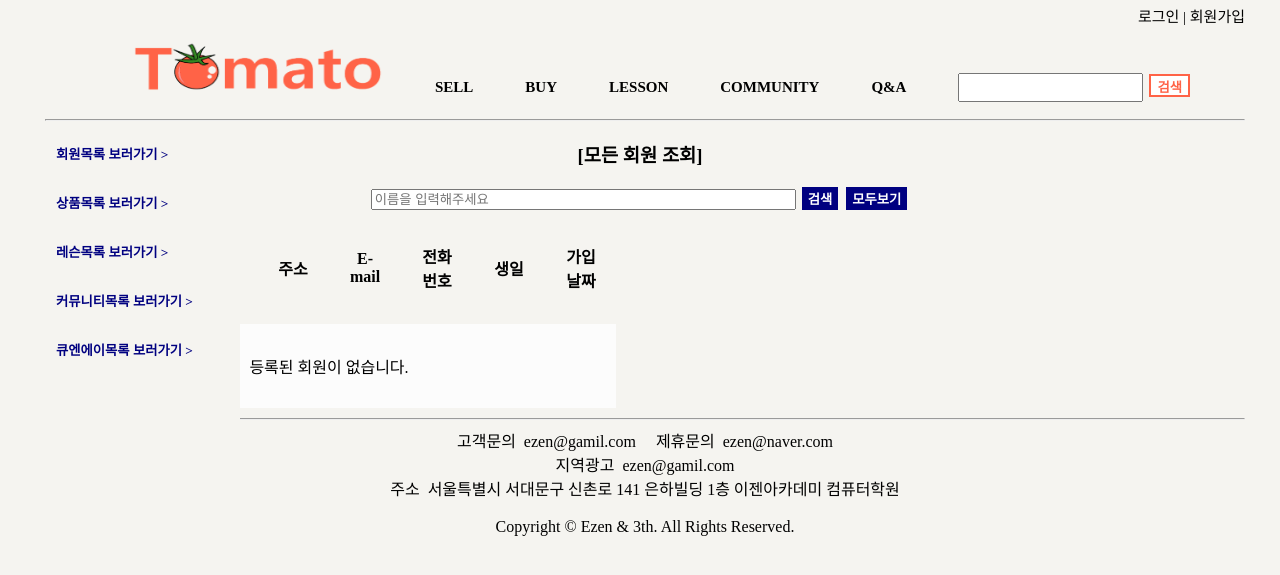
Repository: javadogfoot/semi-project
Page: http://localhost/tomato/admin/memberListAll_admin.jsp
The author's editor kept a copy of each file at every save. The page is drawn from the files as they stood at one save, then again after a run of saves.
The browser window is 1280 px wide. The pictures show the whole page.
The page is served by Tomcat 9. Other server files are loaded and not shown. Queries for data that is not in the repository find no rows.

Above is the page before, as saved 2021-10-18 16:00:19.

### semi프로젝트워크스페이스/tomato/src/main/webapp/admin/memberListAll_admin.jsp
<%@ page language="java" contentType="text/html; charset=UTF-8"
    pageEncoding="UTF-8"%>
<%request.setCharacterEncoding("utf-8"); %>
<%@ page import="java.util.*" %>
<%@ page import="tomato.member.*" %>
<jsp:useBean id="mdao" class="tomato.member.MemberDAO"></jsp:useBean>
<!DOCTYPE html>
<html>
<head>
<meta charset="UTF-8">
<title>Insert title here</title>
<link rel="stylesheet" type="text/css" href="/tomato/css/mainLayout.css">
<style>
#joinbtn1{
   background-color: navy;
   color: white;
   font-weight: bold;
   height:23px;
   border: none;
   margin:2px;
}
#joinbtn1:hover{
   background: #f5f4f0;
   color: navy;
   font-weight: bold;
   height:23px;
   border: none;
   margin:2px;
}
.sidebar {
font-size : 3px;
font-weight : bold;
height: 500px;
width: 200px;
color: #999;
background: #f5f4f0;
}
.sidebar a {
padding: 15px 16px 15px 16px;
text-decoration: none;
font-size: 10pt;
color: navy;
display: block;
border: 1px bold tomato;
}
.sidebar a:hover {
color: tomato;
}
h3{
   text-align: center;
}
li {
   list-style-type: none;
}
h4 {
   text-align: center;
   margin: 0px auto;
}
aside {
   width:200px;
   float:left;
}
form {
   text-align : center;
}
   table.table tr th, table.table tr td {
       border-color: #e9e9e9;
       padding: 30px 15px;
       width: 40px;
       text-align:center;
    }
    table.table-striped tbody tr:nth-of-type(odd) {
       background-color: #fcfcfc;
       width:100px;
   }
   table.table-striped.table-hover tbody tr:hover {
      background: #f5f5f5;
   }
   table.table td a {
      font-weight: bold;
      color: #566787;
      display: inline-block;
      text-decoration: none;
      outline: none !important;
   }
</style>
<script>
function showListAll(){
   location.href='memberListAll_admin.jsp';
}
</script>
</head>
<body>
<%@include file="/header.jsp" %>
<aside>
<div class="sidebar" style="position:absolute;">
<div><a href="memberList_admin.jsp">회원목록 보러가기  ></a></div>
<div><a href="buyList_admin.jsp">상품목록 보러가기  ></a></div>
<div><a href="lessonList_admin.jsp">레슨목록 보러가기  ></a></div>
<div><a href="communityList_admin.jsp">커뮤니티목록 보러가기  ></a></div>
<div><a href="qnaList_admin.jsp">큐엔에이목록 보러가기  ></a></div>
</div>
</aside>
<section>
      <h3>[모든 회원 조회]</h3>
</section>
<section>
   <form name="keywordFind" method="post">
      <input type="text" name="keyword" placeholder="이름을 입력해주세요" size="50">
      <input type="submit" value="검색" id="joinbtn1" >
      <input type="button" name="listAll" value="모두보기" id="joinbtn1" onclick="showListAll()">
   </form>
</section>
<section>
      <%
      if(request.getMethod().equals("GET")){
         %>
</section>
            <table class="table table-striped table-hover">
                <thead>
                    <tr>
                        <th>회원번호</th>
                        <th>아이디</th>
                        <th>이름</th>
                        <th>주소</th>
                        <th>E-mail</th>
                        <th>전화번호</th>
                        <th>생일</th>
                        <th>가입날짜</th>
                    </tr>
                </thead>
            <tbody>
            <%
            ArrayList<MemberDTO> arr=mdao.MemberListAll();
            if(arr==null||arr.size()==0){
               %>
               <tr>
                  <td colspan="8" align="center">
                  등록된 회원이 없습니다.
                  </td>
               </tr>
               <%
            }else {
               for(int i=0;i<arr.size();i++){
                  %>
                  <tr>
                     <td><%=arr.get(i).getM_idx()%></td>
                     <td><%=arr.get(i).getM_id() %></td>
                     <td><%=arr.get(i).getM_name() %></td>
                     <td><%=arr.get(i).getM_addr() %></td>
                     <td><%=arr.get(i).getM_email() %></td>
                     <td><%=arr.get(i).getM_tel() %></td>
                     <td><%=arr.get(i).getM_birth() %></td>
                     <td><%=arr.get(i).getM_joindate() %></td>
                  </tr>
                  <%
               }
            }
            %>
            </tbody>
            </table>
         <%
      }else {
         %>
         <jsp:include page="memberKeywordFind_ok.jsp"></jsp:include>
         <%
      }
      %>

<%@include file="/footer.jsp" %>
</body>
</html>

### semi프로젝트워크스페이스/tomato/src/main/webapp/header.jsp
<%@ page language="java" contentType="text/html; charset=UTF-8"
    pageEncoding="UTF-8"%>
<!DOCTYPE html>
<html>
<head>
<meta charset="UTF-8">
<title>Insert title here</title>
<style>

#btn1{
   background-color: white;
   color: tomato;
   font-weight: bold;
   height:23px;
   border: none;
   margin:2px;
   border: 2px solid tomato;
}
#btn1:hovertn1{
   background-color: tomato;
   color: white;
   font-weight: bold;
   height:23px;
   border: none;
   margin:2px;
   border: 2px solid tomato;
}
</style>
</head>
<body>
<header>
<%
String m_id=(String)session.getAttribute("m_id");
String m_name=(String)session.getAttribute("m_name");
if(m_id==null){
   %>
   <div>
   <a href="/tomato/member/login.jsp">로그인</a> | <a href="/tomato/member/join.jsp">회원가입</a>
   </div>
   <%
}else{
      %>
   <div>
   <%
   if(m_id.equals("admin")){
      %>
      <a href="/tomato/admin/memberList_admin.jsp"><%=m_name %>님 마이페이지</a> |
      <%
   }else{
      %>
      <a href="/tomato/member/mypage.jsp"><%=m_name %>님 마이페이지</a> |
      <%
   }
   %>
   <a href="/tomato/member/logout.jsp">로그아웃</a>
   </div>
   <%
}
%>
<nav>
<ul>
   <li><h1><a href="/tomato/index.jsp"><img src="/tomato/img/토마토_메인로고.png" alt="메인로고" height="50px" width="250px"></a></h1></li>
   <li><h2><a href="/tomato/sell/sell.jsp">SELL</a></h2></li>
   <li><h2><a href="/tomato/buy/buyList.jsp?col=s_idx&range=desc">BUY</a></h2></li>
   <li><h2><a href="/tomato/lesson/lessonList.jsp">LESSON</a></h2></li>
   <li><h2><a href="/tomato/community/community.jsp">COMMUNITY</a></h2></li>
   <li><h2><a href="/tomato/qna/qnaList.jsp">Q&A</a></h2></li>
   <li>
		<form name="headerSearch" action="/tomato/buy/headerBuySearch.jsp" style="display: inline;">
			<input type="text" name="searchValue">
			<input type="submit" value="검색" id="btn1">
		</form>
	</li>
</ul>
</nav>
<hr/>
</header>
</body>
</html>

### semi프로젝트워크스페이스/tomato/src/main/webapp/footer.jsp
<%@ page language="java" contentType="text/html; charset=UTF-8"
    pageEncoding="UTF-8"%>
<!DOCTYPE html>
<html>
<head>
<meta charset="UTF-8">
<title>Insert title here</title>
</head>
<body>
<footer>
<hr/>
<div>
고객문의&nbsp;&nbsp;ezen@gamil.com &nbsp;&nbsp;&nbsp;&nbsp;제휴문의&nbsp;&nbsp;ezen@naver.com
<br/>
지역광고&nbsp;&nbsp;ezen@gamil.com
<br/>
주소&nbsp;&nbsp;서울특별시 서대문구 신촌로 141 은하빌딩 1층 이젠아카데미 컴퓨터학원
</div>
<br/>
<div>Copyright &copy; Ezen & 3th. All Rights Reserved.</div>
</footer>
</body>
</html>

### semi프로젝트워크스페이스/tomato/src/main/java/tomato/member/MemberDAO.java
package tomato.member;

import java.sql.*;
import java.util.*;
import javax.naming.*;
import javax.sql.*;

public class MemberDAO {

	private Connection conn;
	private PreparedStatement ps;
	private ResultSet rs;

	public static final int NOT_ID=1;
	public static final int NOT_PWD=2;
	public static final int LOGIN_OK=3;
	public static final int ERROR=-1;

	public MemberDAO() {

	}
	public Boolean idCheck(String userid) {
		try {
			conn=tomato.db.TomatoDB.getConn();
			String sql="select * from tomato_member where m_id=?";
			ps=conn.prepareStatement(sql);
			ps.setString(1, userid);
			rs=ps.executeQuery();
			boolean result=rs.next();
			return result;
		}catch(Exception e) {
			e.printStackTrace();
			return false;
		}finally {
			try {
				if(rs!=null)rs.close();
				if(ps!=null)ps.close();
				if(conn!=null)conn.close();
			}catch(Exception e2) {

			}
		}
	}

	/**회원 등록 관련 메서드*/
	public int memberJoin(MemberDTO dto) {
		try {
			conn=tomato.db.TomatoDB.getConn();
			String sql="insert into tomato_member values(tomato_member_m_idx.nextval,?,?,?,?,?,?,?,?,?,?,?,sysdate,0)";
			ps=conn.prepareStatement(sql);
			ps.setString(1, dto.getM_id());
			ps.setString(2, dto.getM_pwd());
			ps.setString(3, dto.getM_name());
			ps.setString(4, dto.getM_email());
			ps.setString(5, dto.getM_addr());
			ps.setString(6, dto.getM_tel());
			ps.setString(7, dto.getM_birth());
			ps.setInt(8, dto.getM_smsok());
			ps.setInt(9, dto.getM_emailok());
			ps.setString(10, dto.getM_ask());
			ps.setString(11, dto.getM_answer());
			int count=ps.executeUpdate();
			return count;
		}catch(Exception e) {
			e.printStackTrace();
			return ERROR;
		}finally {
			try {
				if(ps!=null)ps.close();
				if(conn!=null)conn.close();
			}catch(Exception e2) {

			}
		}
	}
	 /**로그인 검증 관련 메서드*/
	  public int loginCheck(String userid, String userpwd) {
	     try {
	        conn=tomato.db.TomatoDB.getConn();
	        String sql="select m_pwd from tomato_member where m_id=?";
	        ps=conn.prepareStatement(sql);
	        ps.setString(1, userid);
	        rs=ps.executeQuery();
	        if(rs.next()) {
	           String dbpwd=rs.getString(1);
	           if(dbpwd.equals(userpwd)) {
	              return LOGIN_OK;
	           }else {
	              return NOT_PWD;
	           }
	        }else {
	           return NOT_ID;
	        }
	     } catch (Exception e) {
	        e.printStackTrace();
	        return ERROR;
	     }finally {
	        try {
	           if(rs!=null)rs.close();
	           if(ps!=null)ps.close();
	           if(conn!=null)conn.close();
	        } catch (Exception e2) {
	       }
	    }
	  }
	  public String getUserInfo(String userid) {
	      try {

	         conn=tomato.db.TomatoDB.getConn();

	         String sql="select m_name from tomato_member where m_id=?";
	         ps=conn.prepareStatement(sql);
	         ps.setString(1, userid);
	         rs=ps.executeQuery();
	         rs.next();
	         return rs.getString(1);
	      } catch (Exception e) {
	         e.printStackTrace();
	         return null;
	      }finally {
	         try {
	            if(rs!=null)rs.close();
	            if(ps!=null)ps.close();
	            if(conn!=null)conn.close();
	         } catch (Exception e2) {

	         }
	      }
	   }

   public String findIdCheck(String username, String useremail) {
      try {
	        conn=tomato.db.TomatoDB.getConn();
	        String sql="select m_id from tomato_member where m_name=? and m_email=?";
	        ps=conn.prepareStatement(sql);
	        ps.setString(1, username);
	        ps.setString(2, useremail);
	        rs=ps.executeQuery();
	        String result=null;
	        if(rs.next()) {
	        	result=rs.getString(1);
	        }
	        return result;
	     } catch (Exception e) {
	        e.printStackTrace();
	        return null;
	     }finally {
	        try {
	           if(rs!=null)rs.close();
	           if(ps!=null)ps.close();
	           if(conn!=null)conn.close();
	        } catch (Exception e2) {
	        }
	    }
	}
   public String findPwdCheck(String username, String useremail, String useranswer) {
	   try {
		   conn=tomato.db.TomatoDB.getConn();
		   String sql="select m_pwd from tomato_member where m_name=? and m_email=? and m_answer=?";
		   ps=conn.prepareStatement(sql);
		   ps.setString(1, username);
		   ps.setString(2, useremail);
		   ps.setString(3, useranswer);
		   rs=ps.executeQuery();
		   String result=null;
		   if(rs.next()) {
			   result=rs.getString(1);
		   }
		   return result;
	   }catch(Exception e) {
		   e.printStackTrace();
		   return null;
	   }finally {
		   try {
			   if(rs!=null)rs.close();
			   if(ps!=null)ps.close();
			   if(conn!=null)conn.close();
		   }catch(Exception e2) {

		   }
	   }
   }
   public int selectMidx(String userid) {
	   try {
		   conn=tomato.db.TomatoDB.getConn();
		   String sql="select m_idx from tomato_member where m_id=?";
		   ps=conn.prepareStatement(sql);
		   ps.setString(1, userid);
		   rs=ps.executeQuery();
		   int idx=0;
		   if(rs.next()) {
			   idx=rs.getInt(1);
		   }
		   return idx;
	   }catch(Exception e) {
		   return -1;
	   }finally {
		   try {
			   if(rs!=null)rs.close();
			   if(ps!=null)ps.close();
			   if(conn!=null)conn.close();
		   }catch(Exception e2) {

		   }
	   }
   }
   public String findAddr(String id) {
	   try {
		   conn=tomato.db.TomatoDB.getConn();
		   String sql="select * from tomato_member where m_id=?";
		   ps=conn.prepareStatement(sql);
		   ps.setString(1, id);
		   rs=ps.executeQuery();
		   String result=null;
		   if(rs.next()) {
			   result=rs.getString("m_addr");
		   }
		   return result;
	   }catch(Exception e) {
		   e.printStackTrace();
		   return null;
	   }finally {
		   try {
			   if(rs!=null)rs.close();
			   if(ps!=null)ps.close();
			   if(conn!=null)ps.close();
		   }catch(Exception e2) {

		   }
	   }
   }
   /**회원검색 관련 메서드*/
   public ArrayList<MemberDTO> keywordFind(String fkey){
      try {

         conn=tomato.db.TomatoDB.getConn();
         String sql="select  m_idx,m_id,m_name,m_email,m_addr,m_tel,m_birth,m_joindate from tomato_member where m_name=?";
         ps=conn.prepareStatement(sql);
         ps.setString(1, fkey);
         rs=ps.executeQuery();

         ArrayList<MemberDTO> arr=new ArrayList<MemberDTO>();

            while(rs.next()){
            int m_idx=rs.getInt("m_idx");
            String m_id=rs.getString("m_id");
            String m_name=rs.getString("m_name");
            String m_email=rs.getString("m_email");
            String m_addr=rs.getString("m_addr");
            String m_tel=rs.getString("m_tel");
            String m_birth=rs.getString("m_birth");
            java.sql.Date m_joindate=rs.getDate("m_joindate");

           MemberDTO dtos= new MemberDTO(m_idx, m_id, m_name, m_email, m_addr, m_tel, m_birth, m_joindate);
           arr.add(dtos);
               }

         return arr;
      }catch(Exception e) {
         e.printStackTrace();
         return null;
      }finally {
         try {
            if(rs!=null)rs.close();
            if(ps!=null)ps.close();
            if(conn!=null)conn.close();
         }catch(Exception e2) {}
      }
   }

   /**모든 회원 내역 관련 메서드*/
   public ArrayList<MemberDTO> MemberListAll(){
      try{

         conn=tomato.db.TomatoDB.getConn();
         String sql="select m_idx,m_id,m_name,m_email,m_addr,m_tel,m_birth,m_joindate from tomato_member order by m_idx desc";
         ps=conn.prepareStatement(sql);
         rs=ps.executeQuery();
         ArrayList<MemberDTO> arr=new ArrayList<MemberDTO>();
         while(rs.next()){
            int m_idx=rs.getInt("m_idx");
            String m_id=rs.getString("m_id");
            String m_name=rs.getString("m_name");
            String m_email=rs.getString("m_email");
            String m_addr=rs.getString("m_addr");
            String m_tel=rs.getString("m_tel");
            String m_birth=rs.getString("m_birth");
            java.sql.Date m_joindate=rs.getDate("m_joindate");

            MemberDTO dto= new MemberDTO(m_idx, m_id, m_name, m_email, m_addr, m_tel, m_birth, m_joindate);
            arr.add(dto);
         }
               return arr;
      }catch(Exception e) {
      e.printStackTrace();
      return null;
      }finally {
         try {
            if(rs!=null)rs.close();
            if(ps!=null)ps.close();
            if(conn!=null)conn.close();
         }catch(Exception e2) {}
      }
   }

      /**회원정보 조회 관련 메서드*/
      public MemberDTO memberView(String sessionID ){
         try {

         conn=tomato.db.TomatoDB.getConn();

         String sql="select * from tomato_member where m_id=? ";
         ps=conn.prepareStatement(sql);
      ps.setString(1,sessionID );

      rs=ps.executeQuery();

      MemberDTO dto=null;

      while(rs.next()){
            int m_idx=rs.getInt("m_idx");
            String m_id=rs.getString("m_id");
            String m_name=rs.getString("m_name");
            String m_email=rs.getString("m_email");
            String m_addr=rs.getString("m_addr");
            String m_tel=rs.getString("m_tel");
            String m_birth=rs.getString("m_birth");
            java.sql.Date m_joindate=rs.getDate("m_joindate");

            dto= new MemberDTO(m_idx, m_id, m_name, m_email, m_addr, m_tel, m_birth, m_joindate);
               }
            return dto;

      } catch (Exception e) {
         e.printStackTrace();
         return null;
      }finally {
         try {
            if(rs!=null)rs.close();
            if(ps!=null)ps.close();
            if(conn!=null)conn.close();
         }catch(Exception e2) {}
         }
      }

      /**회원 정보 수정 관련 메서드*/

      public int memberUpdate(MemberDTO dto){
         try {

            conn=tomato.db.TomatoDB.getConn();
            String sql = "update tomato_member set m_pwd=?,m_name=?, m_email=?, m_addr=?, m_tel=? "
               + "where m_id=?";

            ps=conn.prepareStatement(sql);
            ps.setString(1, dto.getM_pwd());
            ps.setString(2, dto.getM_name());
            ps.setString(3, dto.getM_email());
            ps.setString(4, dto.getM_addr());
            ps.setString(5, dto.getM_tel());
            ps.setString(6, dto.getM_id());

            int result=ps.executeUpdate();

            return result;

         } catch (Exception e) {
             e.printStackTrace();
             return -1;
         } finally {
            try {
               if(ps!=null)ps.close();
               if(conn!=null)conn.close();
            } catch (Exception e2) {

            }
         }
      }

      /**회원탈퇴 관련 메서드*/
      public int memberDelete(String m_id) {
            try {
            conn=tomato.db.TomatoDB.getConn();
            String sql="delete from tomato_member where m_id=?";
            ps=conn.prepareStatement(sql);
            ps.setString(1, m_id);
            int count=ps.executeUpdate();

            return count;

         } catch (Exception e) {
            // TODO: handle exception
            e.printStackTrace();
            return -1;
         }finally {
            try {
               if(ps!=null)ps.close();
               if(conn!=null)conn.close();
            } catch (Exception e) {
               // TODO: handle exception
            }
         }
      }
}

### semi프로젝트워크스페이스/tomato/src/main/java/tomato/db/TomatoDB.java
package tomato.db;

import java.sql.*;
import javax.sql.*;
import javax.naming.*;

public class TomatoDB {

	static DataSource ds;

	static{
		try {
		Context initContext = new InitialContext();
		Context envContext  = (Context)initContext.lookup("java:/comp/env");
		ds = (DataSource)envContext.lookup("jdbc/myoracle");
		}catch(Exception e) {
			e.printStackTrace();
		}
	}

	public static Connection getConn() throws Exception{
		return ds.getConnection();
	}
}

### semi프로젝트워크스페이스/tomato/src/main/webapp/css/mainLayout.css
@charset "UTF-8";
body{
   background-color: #f5f4f0;
   margin: 5px auto;
   width: 1200px;
}
header{
   width: 1200px;
   margin: 5px;
}
header div{
   text-align: right;
   font-size: 15px;
}
header div a{
   color: black;
   text-decoration: none;
}
header div a:hover{
   color: black;
   text-decoration: underline;
}
h1{
   font-size: 45px;
   color: tomato;
   display: inline;
}
h1 a{
   text-decoration: none;
   color: tomato;
}
h2{
   color: black;
   display: inline;
   font-size: 15px;
}
h2 a{
   text-decoration: none;
   color: black;
}
header nav li{
   list-style-type: none;
   display: inline;
   color: black;
   margin-left: 48px;
}
header input{

   height: 23px;
}
section{
   width: 1200px;
}
footer{
   width: 1200px;
   clear: both;
   margin: 5px;
   text-align: center;
}

After the next 2 saves:
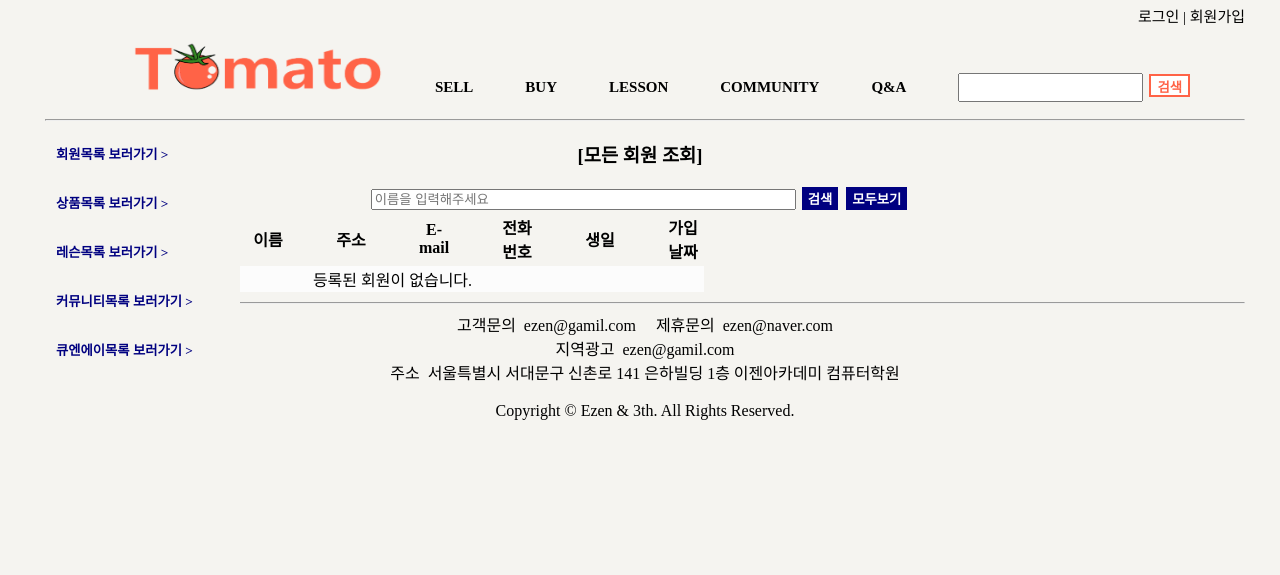
The 2 saves are shown as one change because they came seconds apart.
The last was saved 26 s later.
--- a/semi프로젝트워크스페이스/tomato/src/main/webapp/admin/memberListAll_admin.jsp
+++ b/semi프로젝트워크스페이스/tomato/src/main/webapp/admin/memberListAll_admin.jsp
@@ -65,7 +65,7 @@ form {
 }
    table.table tr th, table.table tr td {
        border-color: #e9e9e9;
-       padding: 30px 15px;
+       padding-left: 40px;
        width: 40px;
        text-align:center;
     }
